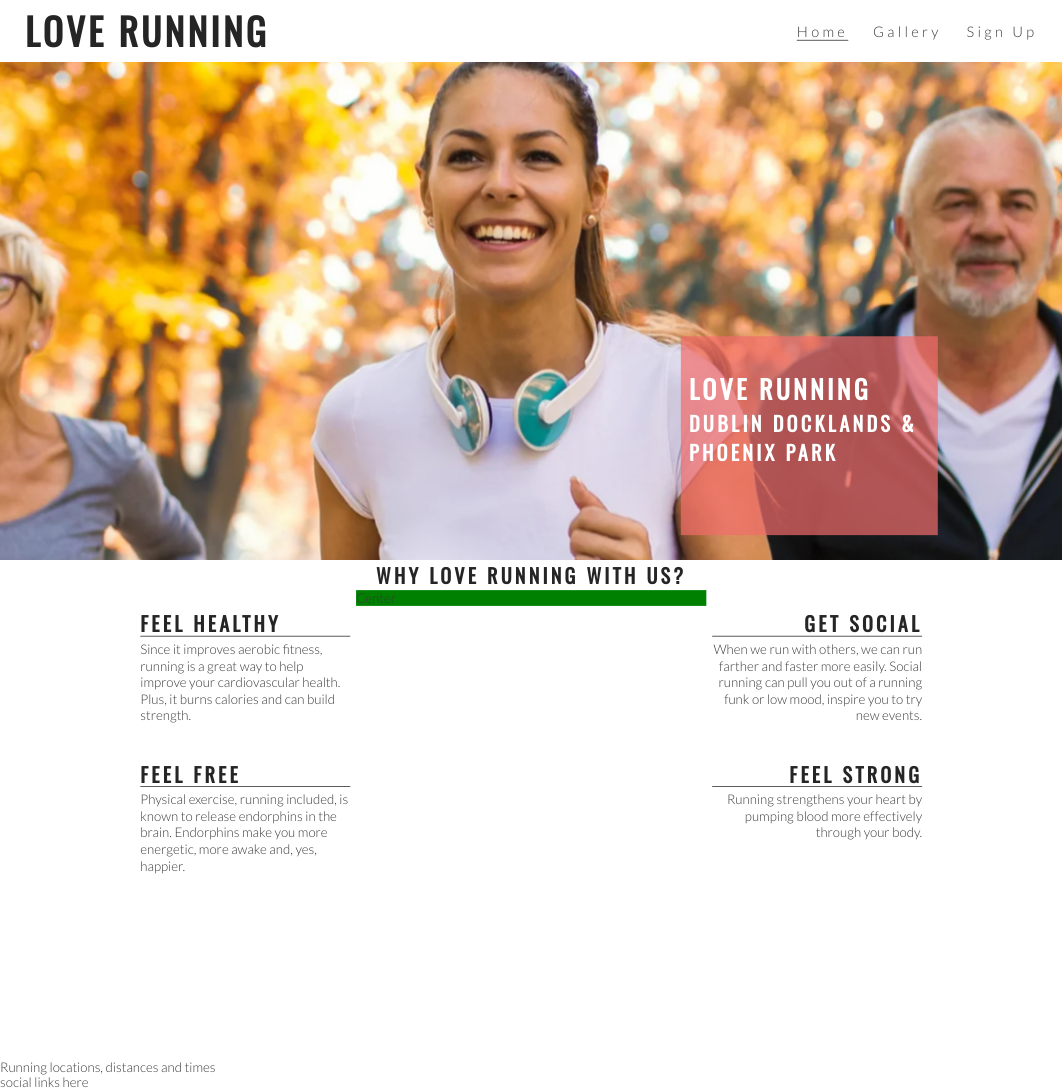
Repository: dcsndevs/love-running
Page: index.html
These files come from the project's save history. The page is drawn as it stood at one moment and after the next save; the edit follows.
The browser window is 1280 px wide. The pictures show the whole page, at 83% of full size.

Above is the page before, as saved 2023-06-21 09:55:22.

### index.html
<!DOCTYPE html>
<html lang="en">

<head>
    <meta charset="UTF-8">
    <meta name="viewport" content="width=device-width, initial-scale=1.0">
    <meta name="description" content="Love Running club for runners in Dublin, Ireland">
    <meta name="keywords" content="love running, running club, ireland, dublin">

    <link rel="stylesheet" href="assets/css/style.css">
    <title>Love Running</title>
</head>

<body>
    <header>
        <a href="index.html">
            <h1 id="logo">Love Running</h1>
        </a>
        <nav>
            <ul id="menu">
                <li>
                    <a href="#">Sign Up</a>
                </li>
                <li>
                    <a href="#">Gallery</a>
                </li>
                <li>
                    <a href="index.html" class="active">Home</a>
                </li>
            </ul>
        </nav>
    </header>
    <section id="hero-outer">
        <div id="hero-image"></div>
        <div id="cover-text">
            <h2>Love Running</h2>
            <h3>Dublin Docklands & Phoenix Park</h3>
        </div>
    </section>
    <section id="club-ethos">
        <h2 id="welcome">Why Love Running With Us?</h2>
        <div id="left-about">
            <div class="left-about-heading">
                <h2>Feel Healthy</h2>
                <hr>
                <p>
                    Since it improves aerobic fitness, running is a great way to help improve your cardiovascular
                    health. Plus, it burns calories and can build strength.
                </p>
            </div>
            <div class="left-about-heading">
                <h2>Feel Free</h2>
                <hr>
                <p>
                    Physical exercise, running included, is known to release endorphins in the brain. Endorphins make
                    you more energetic, more awake and, yes, happier.
                </p>
            </div>
        </div>
        <div id="right-about">
            <div class="right-about-heading">
                <h2>Get Social</h2>
                <hr>
                <p>
                    When we run with others, we can run farther and faster more easily. Social running can pull you out
                    of a running funk or low mood, inspire you to try new events.
                </p>
            </div>
            <div class="right-about-heading">
                <h2>Feel Strong</h2>
                <hr>
                <p>
                    Running strengthens your heart by pumping blood more effectively through your body.
                </p>
            </div>
        </div>
        <div id="center-about">Center</div>
    </section>
    <section>
        Running locations, distances and times
    </section>
    <footer>
        social links here
    </footer>
</body>

</html>

### assets/css/style.css
@import url('https://fonts.googleapis.com/css2?family=Lato:wght@300&family=Oswald&display=swap');

* {
    margin: 0;
    padding: 0;
    border: none;
}

body {
    font-family: Lato, sans-serif;
    font-weight: 300;
    color: #3a3a3a;
}

/* headings and logo */

h1,
h2 {
    font-family: Oswald, sans-serif;
    text-transform: uppercase;
    letter-spacing: 4px;
    color: #252525;
}

#logo {
    float: left;
    font-size: 280%;
    margin-left: 30px;
}

/* navigation links */

#menu {
    font-size: 110%;
    letter-spacing: 4px;
}

#menu,
#logo {
    line-height: 75px;
}

#menu li {
    float: right;
    list-style-type: none;
    margin-right: 30px;
}

#menu a {
    text-decoration: none;
    color: inherit;
}

#menu a:hover {
    border-bottom: 1px solid #3a3a3a;
}

.active {
    border-bottom: 1px solid #3a3a3a;
}

/* hero image and cover text */

#hero-outer {
    height: 600px;
    width: 100%;
    overflow: hidden;

    position: relative;
}

#cover-text,
#cover-text h2 {
    color: #fff;
}

#hero-image {
    height: 600px;
    width: 100%;
    background: url('../images/hero-image.webp') no-repeat center center;

    /* animates zoom effect on loading page */
    animation-name: hero-zoom;
    animation-duration: 5s;
    animation-fill-mode: forwards;
}

/* creates the level of zoom for hero image */
@keyframes hero-zoom {
    from {
        transform: scale(1);
    }

    to {
        transform: scale(1.1);
    }
}

#cover-text {
    font-size: 130%;
    font-family: Oswald, sans-serif;
    text-transform: uppercase;
    letter-spacing: 4px;

    width: 300px;
    height: 200px;

    padding-top: 40px;
    padding-left: 10px;

    background-color: rgba(241, 109, 107, .7);

    bottom: 30px;
    right: 150px;

    position: absolute;
}

/* club ethos */
#club-ethos {
    height: 600px;
}

#left-about {
    padding-top: 30px;
    width: 33%;
    float: left;
}

#right-about {
    padding-top: 30px;
    width: 33%;
    float: right;
}

#center-about {
    width: 33%;
    margin: 0 auto;
    background-color: green;
}

hr {
    border-top: 1px solid #3a3a3a;
    width: 100%;
    margin: 5px 0;
}

.left-about-heading {
    width: 60%;
    float: right;
    line-height: 20px;
    clear: both;
    margin-bottom: 50px;
}

.right-about-heading {
    width: 60%;
    float: left;
    line-height: 20px;
    clear: both;
    margin-bottom: 50px;
}

.right-about-heading h2 {
    text-align: right;
}

.right-about-heading p {
    text-align: right;
}

#welcome {
    text-align: center;
}

After the next save:
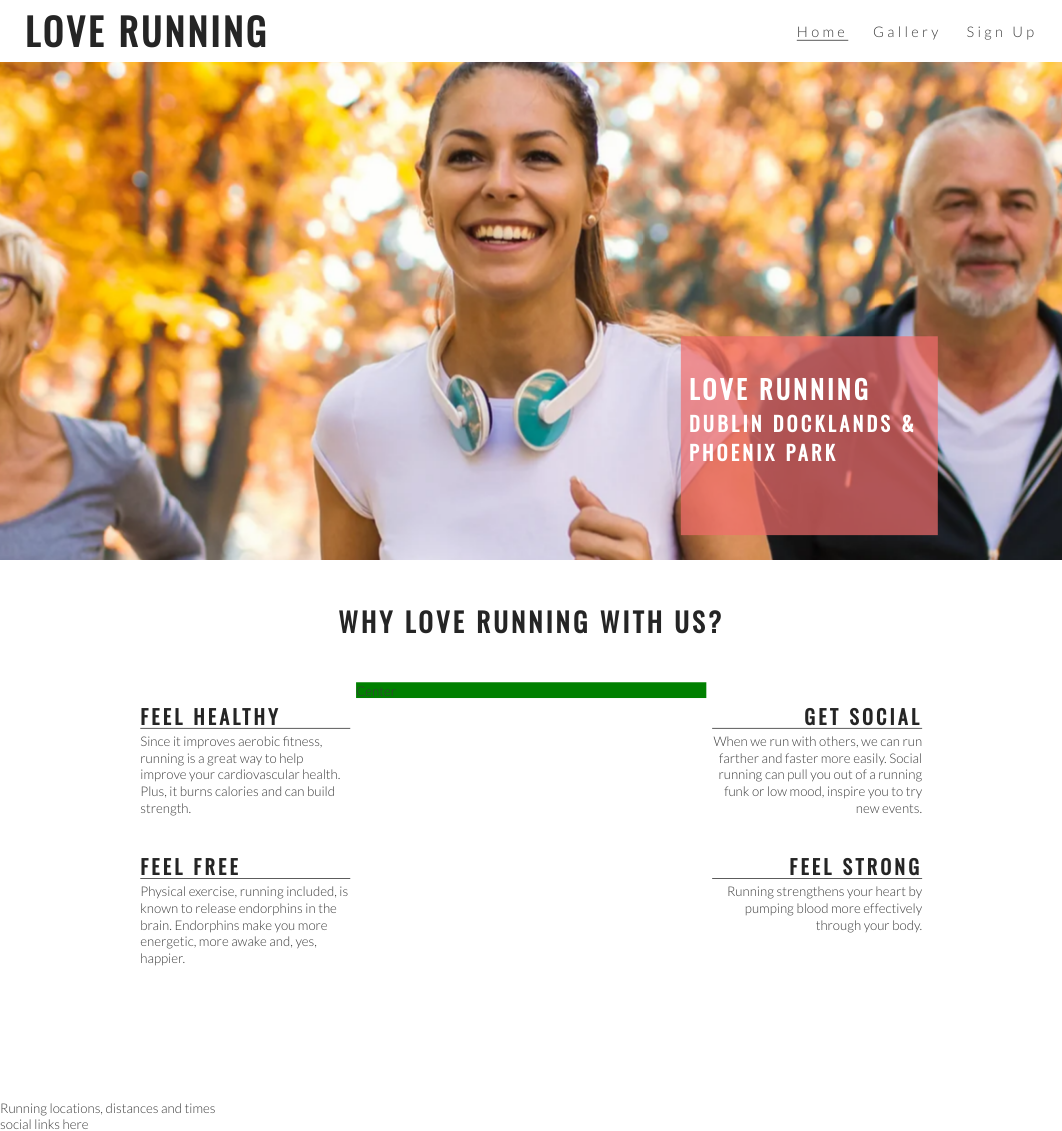
Saved 44 s later.
--- a/assets/css/style.css
+++ b/assets/css/style.css
@@ -171,4 +171,6 @@ hr {
 
 #welcome {
     text-align: center;
+    margin: 50px;
+    font-size: 200%;
 }
